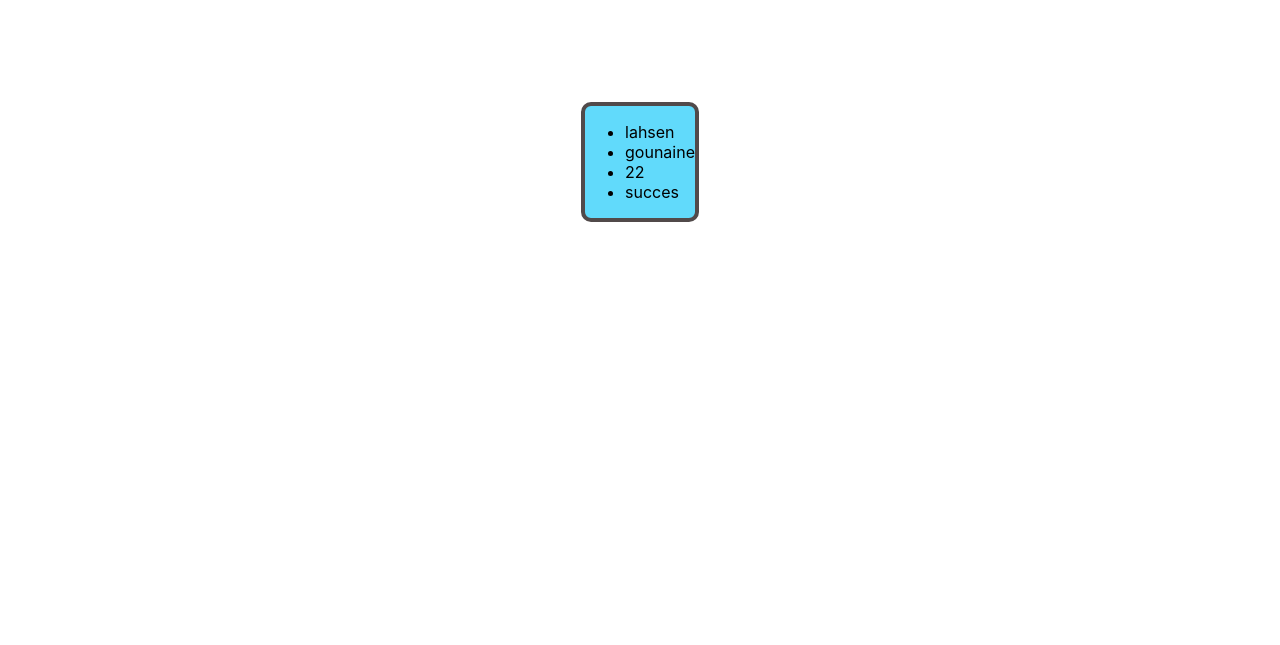
Repository: gounaine/Add_candidat
Page: /
These files come from the project's save history. The page is drawn as it stood at one moment and after the next save; the edit follows.
The browser window is 1280 px wide. The pictures show the whole page.
The project was rebuilt for these pictures with package versions that can differ from the ones it lists, and the page was loaded fresh each time.

Above is the page before, as saved 2024-05-26 20:34:07.

After the next save:
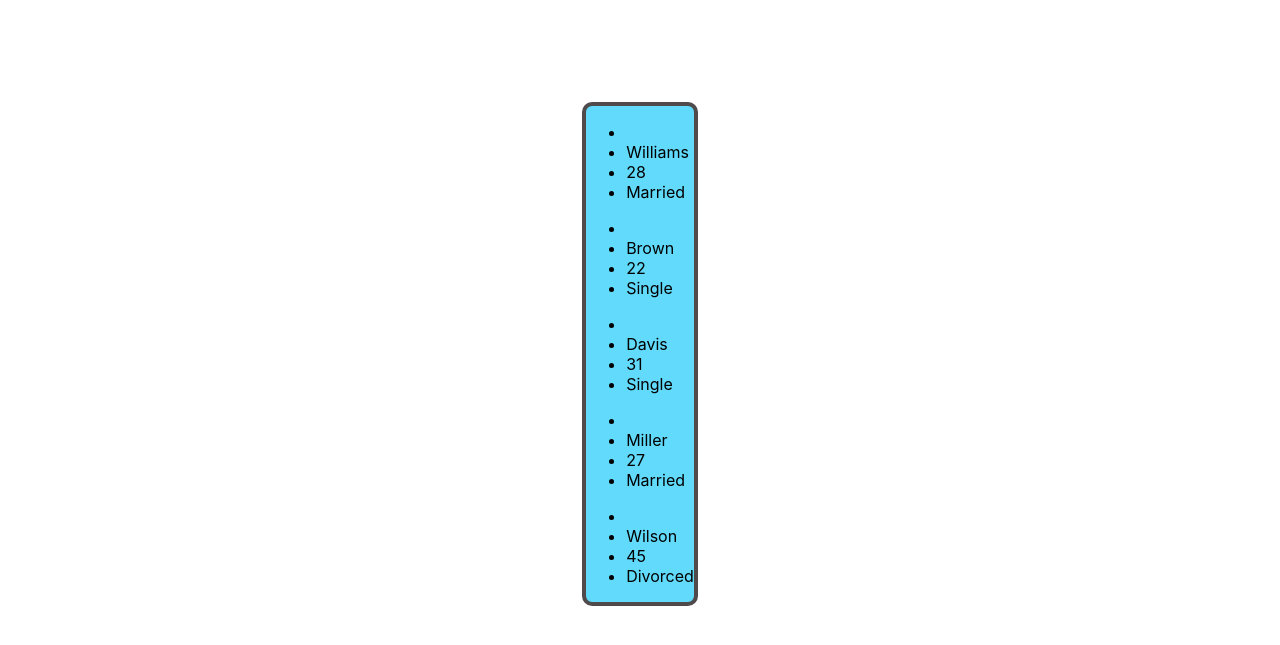
Saved 63 s later.
--- a/src/data.js
+++ b/src/data.js
@@ -1,2 +1,9 @@
-  const data = [{firsTname:"lahsen" , lastName:'gounaine', Age:22 , Etat:'succes'} ] ;
+const data = [
+    { firstName: 'Alice', lastName: 'Williams', Age: 28, Etat: 'Married' },
+    { firstName: 'Bob', lastName: 'Brown', Age: 22, Etat: 'Single' },
+    { firstName: 'Charlie', lastName: 'Davis', Age: 31, Etat: 'Single' },
+    { firstName: 'Diana', lastName: 'Miller', Age: 27, Etat: 'Married' },
+    { firstName: 'Ethan', lastName: 'Wilson', Age: 45, Etat: 'Divorced' }
+  ];
+
   export default data ;
